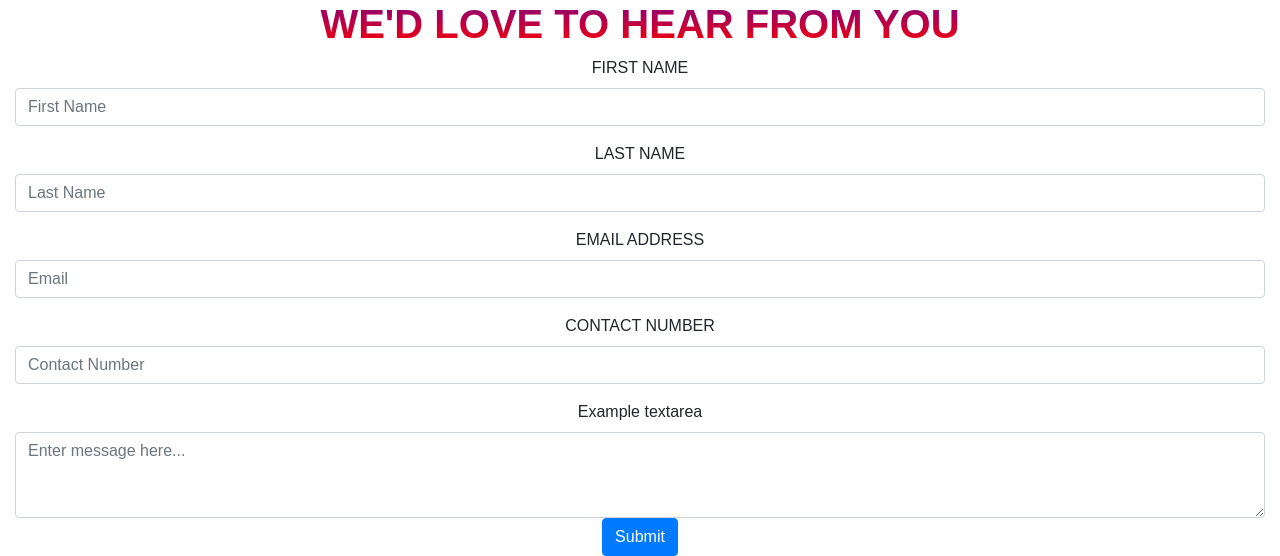
Repository: KJY93/User_Centric_Frontend_Development_Project
Page: contact.html
The author's editor kept a record of every edit. The page is drawn from the files as they stood at one moment, then again after the next edit.
The browser window is 1280 px wide. The pictures show the part of the page from y = 263 to 835 px (the page is 819 px tall before and 835 px after).
Some web fonts or font styles are not loaded; a fallback is used. Some web libraries are served in a nearby version.

Above is the page before.

### contact.html
<!DOCTYPE html>
<html lang="en-US">
	<head>
	    <meta charset="UTF-8">
	    <meta name="viewport" content="width=device-width, initial-scale=1.0">
	    <meta http-equiv="X-UA-Compatible" content="ie=edge">
	    <title>Shape Shifters | Our Clubs</title>

		<!-- Google Fonts -->
	    <link href="https://fonts.googleapis.com/css?family=Cute+Font&display=swap" rel="stylesheet">

	    <!-- Logo -->
	    <link rel="icon" href="static/fitness-logo.ico">

	    <!-- Bootstrap CSS -->
	    <link rel="stylesheet" href="https://stackpath.bootstrapcdn.com/bootstrap/4.3.1/css/bootstrap.min.css" integrity="sha384-ggOyR0iXCbMQv3Xipma34MD+dH/1fQ784/j6cY/iJTQUOhcWr7x9JvoRxT2MZw1T" crossorigin="anonymous">

	    <!-- External CSS StyleSheet -->
		<link rel="stylesheet" type="text/css" href="static/styles.css">

		<!-- Bootstrap JS -->
	    <script src="https://code.jquery.com/jquery-3.3.1.slim.min.js" integrity="sha384-q8i/X+965DzO0rT7abK41JStQIAqVgRVzpbzo5smXKp4YfRvH+8abtTE1Pi6jizo" crossorigin="anonymous"></script>
	    <script src="https://cdnjs.cloudflare.com/ajax/libs/popper.js/1.14.7/umd/popper.min.js" integrity="sha384-UO2eT0CpHqdSJQ6hJty5KVphtPhzWj9WO1clHTMGa3JDZwrnQq4sF86dIHNDz0W1" crossorigin="anonymous"></script>
	    <script src="https://stackpath.bootstrapcdn.com/bootstrap/4.3.1/js/bootstrap.min.js" integrity="sha384-JjSmVgyd0p3pXB1rRibZUAYoIIy6OrQ6VrjIEaFf/nJGzIxFDsf4x0xIM+B07jRM" crossorigin="anonymous"></script>

	    <!-- Font Awesome -->
	    <script src="https://kit.fontawesome.com/3df94da5fe.js"></script>
	</head>
	<body>
	    <main>
	        <!-- Navbar -->
			<nav class="navbar navbar-expand-md navbar-dark bg-danger">
			  	<a class="navbar-brand" href="#"><i class="fas fa-home"></i></a>
			  	<button class="navbar-toggler" type="button" data-toggle="collapse" data-target="#navbarNav">
			    <span class="navbar-toggler-icon"></span>
			  	</button>
			  	<div class="collapse navbar-collapse" id="navbarNav">
			    	<ul class="navbar-nav ml-auto">
			      		<li class="nav-item">
			        		<a class="nav-link" href="#">Clubs</a>
			      		</li>
			      		<li class="nav-item">
			        		<a class="nav-link" href="#">Timetables</a>
			      		</li>
			    	</ul>

			    	<ul class="navbar-nav ml-auto">
			      		<li class="nav-item">
			        		<a class="nav-link" href="#">Contact Us</a>
			      		</li>
			    	</ul>
			  	</div>
			</nav>

			<!-- Timetables background -->
			<div id="contact-us-background"></div>

			<!-- Contact Us Header-->
			<div>
				<h1 class="club-header contact-us"><strong>WE'D LOVE TO HEAR FROM YOU</strong></h1>
			</div>

			<div class="container-fluid">

                <form method="post" action="">
                    <div class="form-group">
                        <div class="form-attribute"><label class="form-attribute" for="firstname">FIRST NAME</label></div>
                        <input type="text" class="form-control" id="firstname" placeholder="First Name">
                    </div>

                    <div class="form-group">
                        <div class="form-attribute"><label for="lastname">LAST NAME</label></div>
                        <input type="text" class="form-control" id="lastname" placeholder="Last Name">
                    </div>

                    <div class="form-group">
                        <div class="form-attribute"><label for="email-address">EMAIL ADDRESS</label></div>
                        <input type="email" class="form-control" id="email-address" placeholder="Email">
                    </div>

                    <div class="form-group">
                        <div class="form-attribute"><label for="contact-number">CONTACT NUMBER</label></div>
                        <input type="text" class="form-control" id="contact-number" placeholder="Contact Number">
                    </div>

                    <div class="form-group">
                        <div class="form-attribute"><label for="message-field">Example textarea</label>
                        <textarea class="form-control" id="message-field" rows="3" placeholder="Enter message here..."></textarea>
                    </div>

                    <div class="generic-submit-btn-container"><button type="submit" class="btn btn-primary">Submit</button></div>
                </form>

			</div>

	   </main>
	</body>
</html>

### static/styles.css
body, html {
	height: 100%;
}

body {
	font-family: 'Cute Font', cursive, sans-serif;
}

#subscription {
  background: transparent;
  border: none;
  border-bottom: 1px solid #a9a9a9;
  box-shadow: none;
  border-radius: 0;
}

.iframe-video-size {
	width: 300px;
	height: 320px;
}

.social-media-logo {
	margin-right: 5px;
}

.separator {
	margin-bottom: 10px;
	height: 2px;
	width: 30px;
	background: rgb(255, 0, 0);
	z-index: 1;
}

.row {
	margin-left: 0;
	margin-right: 0;
}

#advert > h1 {
	color: #ffffff;
}

#signup-link {
	color: #ffffff;
}

input[type="email"] {
 	font-size: 1em;
}

.col-sm-12, .col-md-6, .nav-link, #signup-link {
	font-size: 1.3em;
}

.link-deco:link {
	text-decoration: none;
}

.link-deco:hover {
	font-size:120%;
}

.link-font-color, button > .link-deco:hover {
	color: #ffffff;
}

.box2, .box3 {
	background: rgba(255,117,117,0.1);
}

.button-container, p, .challenge-container, #signup-container, .box3, .box2 {
	text-align: center;
}

#divider {
	width: 100%;
	border: 1px solid black;
}

footer {
	padding-top: 35px;
	padding-bottom: 35px;
	background: rgba(0, 0, 0);
	color: #ffffff;
}

.box1 {
	background:url('../static/background-mobile.jpg');
	background-repeat: no-repeat;
	background-size: 100% 100%;
	height: 400px;
	display: flex;
	align-items: center;
	justify-content: center;
}

/*https://codepen.io/adamjohnson/pen/aokGt*/
/* Skew button design adapted from the above codepen project*/
.submit-btn {
	color: #fff;
	background: #ff0000;
	font-weight: 700;
	text-align: center;
	text-decoration: none;
	border: 0;
	outline: 0;
	font-size: 1.2rem;
	padding: 12px 35px;
	display: inline-block;
	transform: skew(-21deg);
	border-radius: 0;
}

.input-field-container {
	display: flex;
	flex-direction: row;
}

.submit-btn:hover {
	background: #0069a8;
}

span {
	display: inline-block; /* change to inline-block so that the text can be un-skewed*/
}

.submit-btn > span {
	-webkit-transform: skew(21deg);  /* Un-skew the text */
}

.btn-group {
	padding-left: 15px;
}

.flag-logo {
	padding-right: 10px;
}

#club-header-background {
	background:url('../static/bodycombat.jpg');
	background-repeat: no-repeat;
	background-size: 100% 100%;
	height: 200px;
}

.club-header {
	text-align: center;
	background: linear-gradient(to top, #ff0000 , #800080);
	-webkit-background-clip: text;
	-webkit-text-fill-color: transparent;
	font-size: 2.5em;
}

.location {
	display: flex;
	flex-direction: column;
	justify-content: center;
	align-items: center;
	color: #ffffff;
	margin-bottom: 20px;
}

.location:link {
	text-decoration: none;
}

.location:hover {
	opacity: 0.8;
}

.location:hover .location-name, .location:hover .club-info {
	background: linear-gradient(to top, #ff0000 , #ff9800);
	-webkit-background-clip: text;
	-webkit-text-fill-color: transparent;
}

.location-name {
	font-size: 2.3em;
}

.club-info {
	font-size: 1.2em;
	border: 1px solid #ffffff;
	padding-left: 20px;
	padding-right: 20px;
	border-radius: 20px;
}

#location-image-1 {
	background:url('../static/paragon.jpg');
    background-size: 100% 100%;
    background-repeat: no-repeat;
    background-position: center;
	border-radius: 10px;
	height: 250px;
}

#location-image-2 {
	background:url('../static/clarke-quay.jpg');
    background-size: 100% 100%;
    background-repeat: no-repeat;
    background-position: center;
	border-radius: 10px;
	height: 250px;
}

#location-image-3 {
	background:url('../static/tanjongpagar.jpg');
    background-size: 100% 100%;
    background-repeat: no-repeat;
    background-position: center;
	border-radius: 10px;
	height: 250px;
}

#location-image-4 {
	background:url('../static/vivocity.jpg');
    background-size: 100% 100%;
    background-repeat: no-repeat;
    background-position: center;
	border-radius: 10px;
	height: 250px;
}

#location-image-5 {
	background:url('../static/rafflesplace.jpg');
    background-size: 100% 100%;
    background-repeat: no-repeat;
    background-position: center;
	border-radius: 10px;
	height: 250px;
}

#location-image-6 {
	background:url('../static/rafflesmall.jpg');
    background-size: 100% 100%;
    background-repeat: no-repeat;
    background-position: center;
	border-radius: 10px;
	height: 250px;
}

#timetables-header-background {
	background:url('../static/groupyoga.jpg');
	background-repeat: no-repeat;
	background-size: 100% 100%;
	height: 250px;
}

/* override text alignment and font-size*/
.table {
	text-align: center;
	font-size: 1.3rem;
}

#contact-us-background {
	background:url('../static/reachout.jpg');
	background-repeat: no-repeat;
	background-size: 100% 100%;
	height: 200px;
}


.generic-submit-btn-container, .form-attribute {
	text-align: center;
}

/* for extra small device */
@media (max-width: 400px) {
	.iframe-video-size {
	width: 260px;
	height: 320px;
	}

	#club-header-background {
		height: 160px;
	}

	.club-header {
		font-size: 2.0em;
	}

	.location-name {
		font-size: 2.0em;
	}

	.club-info {
		font-size: 1.0em;
	}

	.contact-us {
		font-size: 1.5em;
	}
}

/* for medium screen device */
@media (min-width: 768px) and (max-width: 991.98px) {
	.box1 {
		background:url('../static/background.jpg');
		background-repeat: no-repeat;
		height: 550px;
		background-size: 100% 100%;
	}

	.box2 {
		text-align: center;
	}

	.btn-group {
		padding-left: 0;
	}

	.iframe-video-size {
		width: 340px;
		height: 320px;
	}

	#timetables-header-background {
		height: 450px;
	}

	.table {
		font-size: 1.8rem;
	}
}

/* for large screen device */
@media (min-width: 992px) {
	.box1 {
		height: 600px;
	}

	.btn-group {
		padding-left: 0;
	}

	.submit-btn {
		padding: 3px 35px;
	}

	.iframe-video-size {
		width: 470px;
		height: 320px;
	}

	#club-header-background {
		height: 376px;
	}

	#timetables-header-background {
		height: 600px;
	}
}

After the next edit:
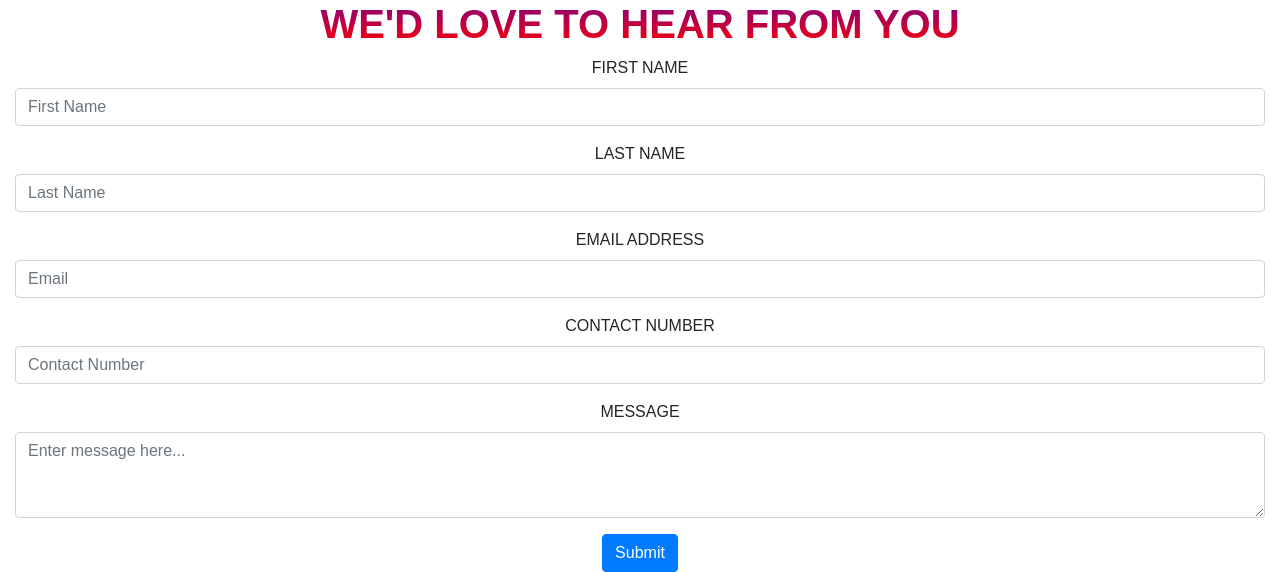
The edit:
--- a/contact.html
+++ b/contact.html
@@ -84,7 +84,7 @@
                     </div>
 
                     <div class="form-group">
-                        <div class="form-attribute"><label for="message-field">Example textarea</label>
+                        <div class="form-attribute"><label for="message-field">MESSAGE</label></div>
                         <textarea class="form-control" id="message-field" rows="3" placeholder="Enter message here..."></textarea>
                     </div>
 
